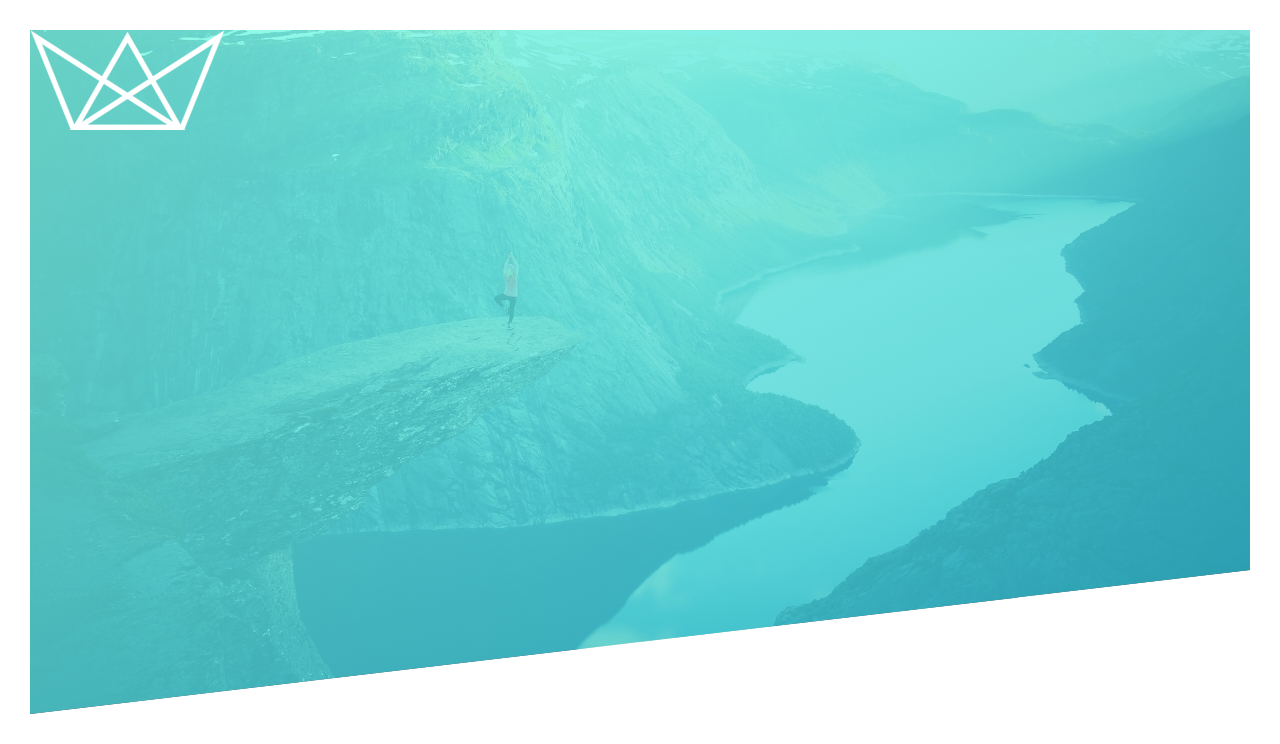
Repository: haokiet2501/natours-page
Page: index.html
An editor plug-in stored every save of this project. The page is shown before and after the next save, followed by the edit.
The browser window is 1280 px wide. The pictures show the whole page.

Above is the page before, as saved 2022-07-31 16:56:14.

After the next save:
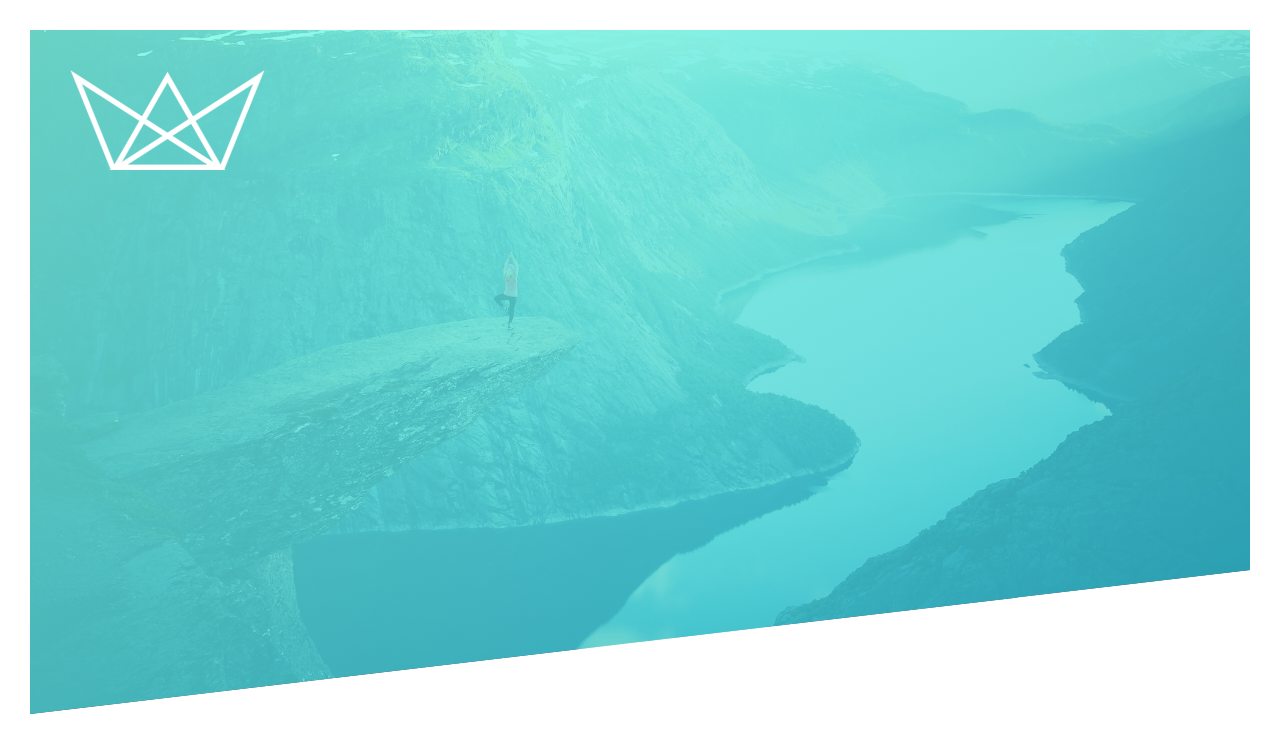
Saved 6 s later.
--- a/styles.css
+++ b/styles.css
@@ -40,4 +40,6 @@ html {
 
 .logo {
     position: absolute;
+    top: 40px;
+    left: 40px;
 }
